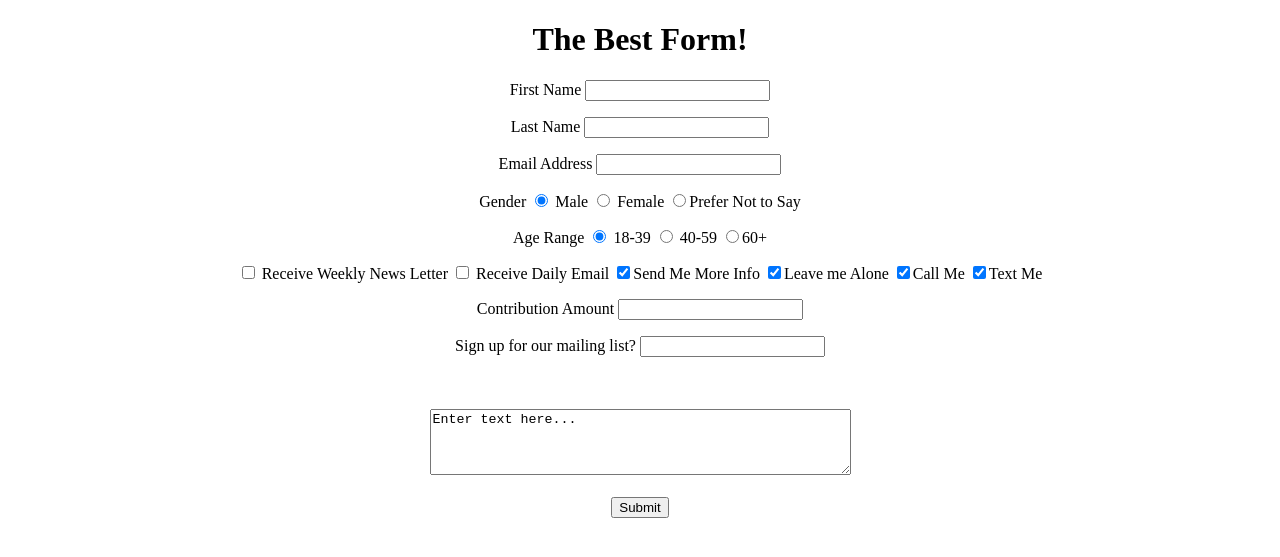
Repository: jedeyejed00/TheGameShaq
Page: HomeWork2/contact.html
The author's editor kept a record of every edit. The page is drawn from the files as they stood at one moment, then again after the next edit.
The browser window is 1280 px wide. The pictures show the whole page.

Above is the page before.

After the next edit:
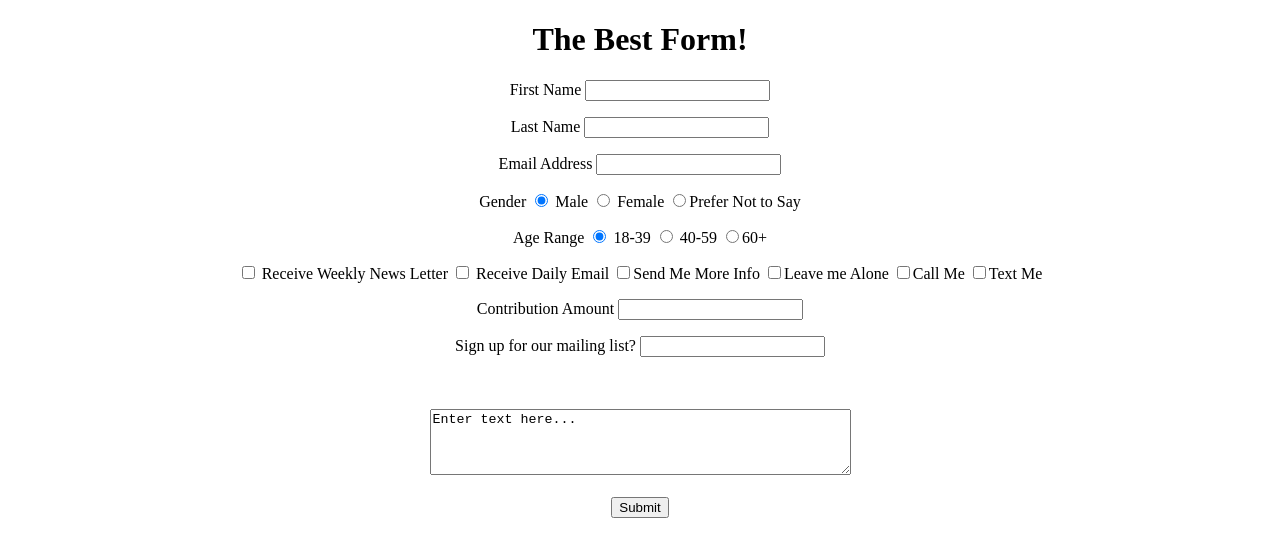
The edit:
--- a/HomeWork2/contact.html
+++ b/HomeWork2/contact.html
@@ -39,10 +39,10 @@
 
                    <p> <input type="checkbox" name="vehicle1" value="Letter"> Receive Weekly News Letter
                        <input type="checkbox" name="vehicle2" value="Email"> Receive Daily Email
-                       <input type="checkbox" name="vehicle3" value="info" checked>Send Me More Info
-                       <input type="checkbox" name="vehicle3" value="alone" checked>Leave me Alone
-                       <input type="checkbox" name="vehicle3" value="call" checked>Call Me
-                       <input type="checkbox" name="vehicle3" value="text" checked>Text Me
+                       <input type="checkbox" name="vehicle3" value="info">Send Me More Info
+                       <input type="checkbox" name="vehicle3" value="alone">Leave me Alone
+                       <input type="checkbox" name="vehicle3" value="call">Call Me
+                       <input type="checkbox" name="vehicle3" value="text">Text Me
 
   </p>
 
